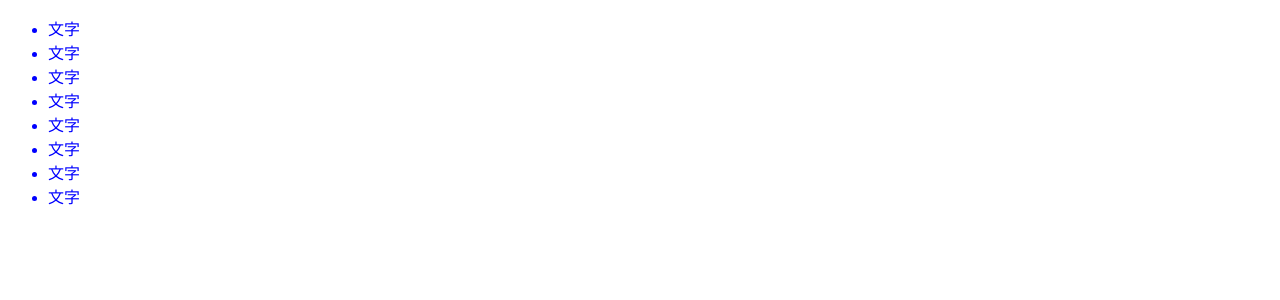
Repository: Germtao/Web
Page: web_css/css_样式表继承和层叠.html
An editor plug-in stored every save of this project. The page is shown before and after the next save, followed by the edit.
The browser window is 1280 px wide. The pictures show the whole page.

Above is the page before, as saved 2020-10-29 13:48:55.

After the next save:
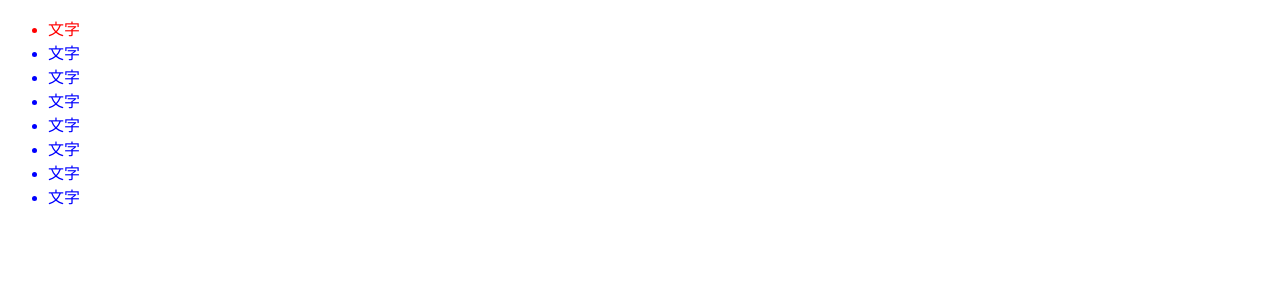
Saved 32 s later.
--- a/web_css/css_样式表继承和层叠.html
+++ b/web_css/css_样式表继承和层叠.html
@@ -45,7 +45,7 @@
       color: blue;
     }
 
-    .teshu {
+    .hezi ul li.teshu {
       color: red;
     }
   </style>
